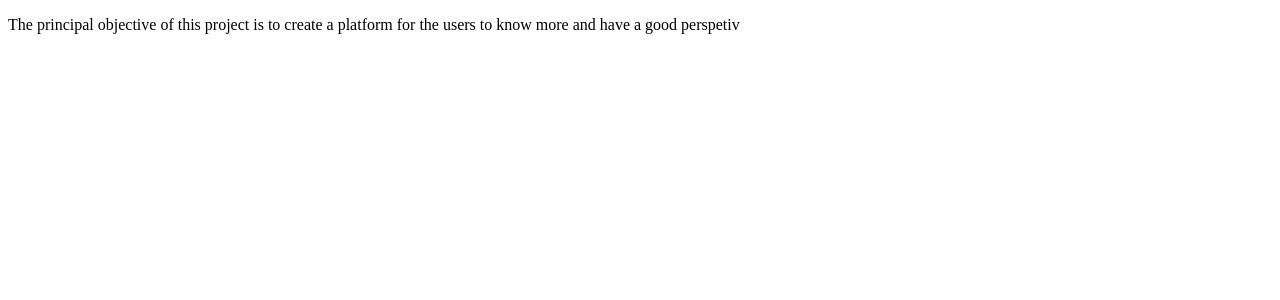
Repository: EduardoJunqueira2004/WEBJohnDeere
Page: aboutus.html
An editor plug-in stored every save of this project. The page is shown before and after a run of saves, followed by the edit.
The browser window is 1280 px wide. The pictures show the whole page.

Above is the page before, as saved 2024-12-05 11:29:49.

### aboutus.html
<!DOCTYPE html>
<html lang="en">
<head>
    <meta charset="UTF-8">
    <meta name="viewport" content="width=device-width, initial-scale=1.0">
    <title>AboutUs.html</title>
</head>
<body>
    <p>
        The principal objective of this project is to create a platform for the users to know more and have a good perspetiv
    </p>
</body>
</html>

After the next 9 saves:
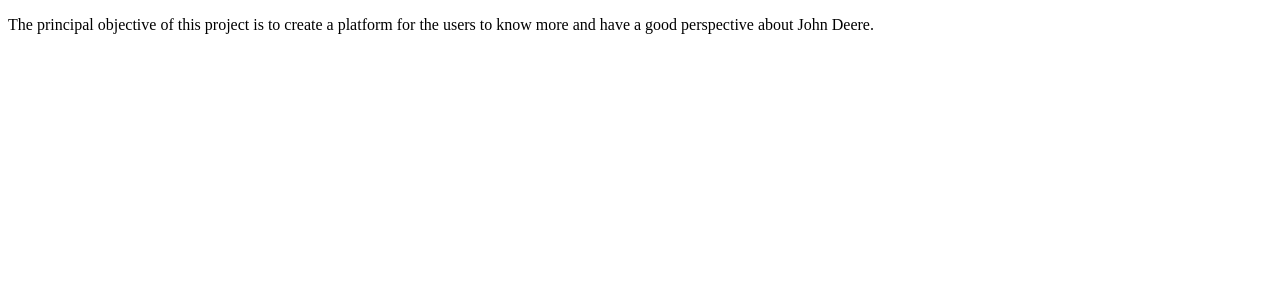
The 9 saves are shown as one change because they came seconds apart.
The last was saved 15 s later.
--- a/aboutus.html
+++ b/aboutus.html
@@ -7,7 +7,8 @@
 </head>
 <body>
     <p>
-        The principal objective of this project is to create a platform for the users to know more and have a good perspetiv
+        The principal objective of this project is to create a platform for the users to know more and have a good perspective about John Deere.<br>
+
     </p>
 </body>
 </html>
